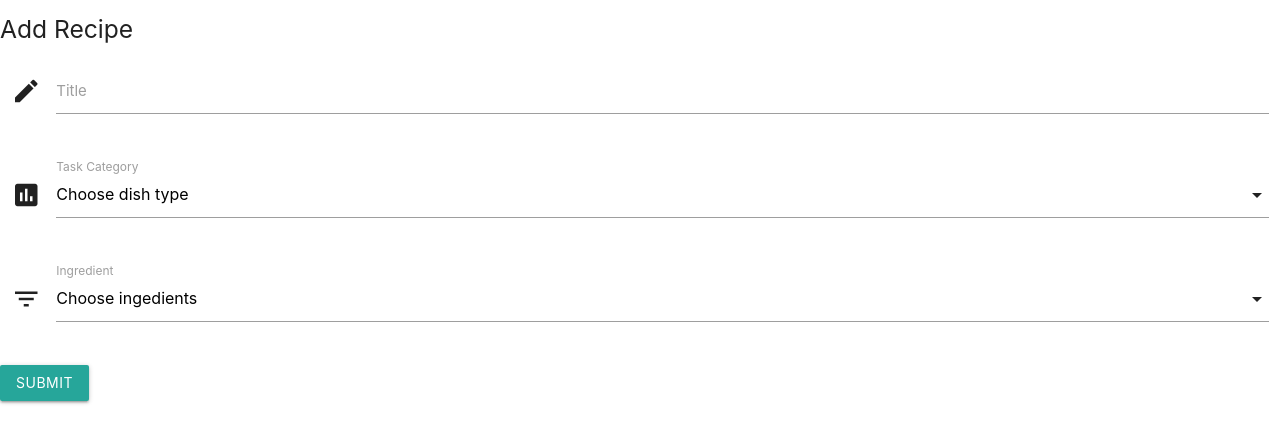
Repository: neillarkin/atari-app
Page: http://localhost/add_recipe
The author's editor kept a record of every edit. The page is drawn from the files as they stood at one moment, then again after the next edit.
The browser window is 1280 px wide. The pictures show the whole page.
The page is served by the project's application, run on Flask 3 (run.py). Queries for data that is not in the repository find no rows.

Above is the page before.

After the next edit:
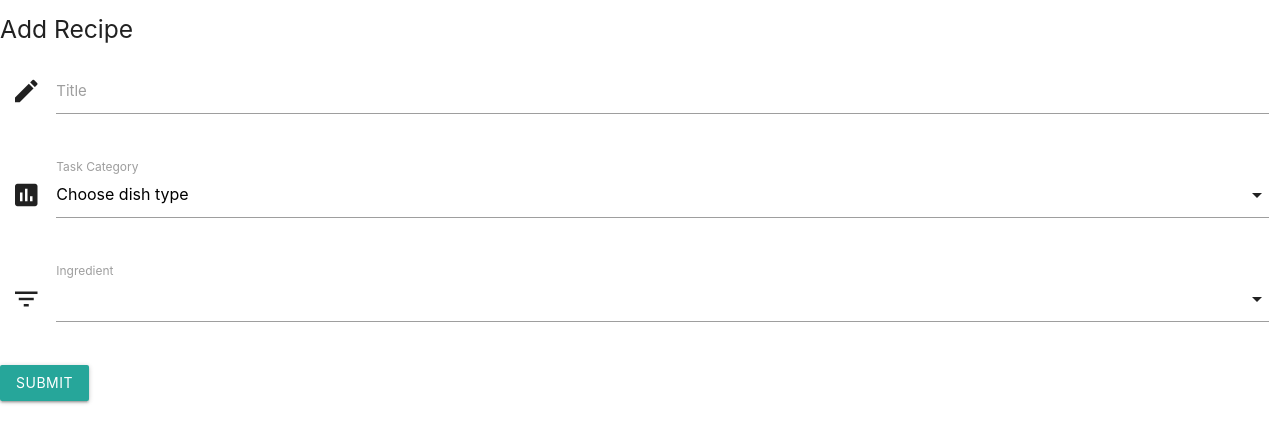
The edit:
--- a/templates/add_recipe.html
+++ b/templates/add_recipe.html
@@ -29,7 +29,7 @@
       <div class="input-field col s12">
         <i class="material-icons prefix">filter_list</i>
         <select id="ingredient" name="ingredient_name" multiple>
-          <option value="" disabled selected>Choose ingedients</option>
+          <!--<option value="" disabled selected>Choose ingedients</option>-->
           {% for item in ingredients %}
             <option >{{item.ingredient_name}}</option>
            {% endfor %}
